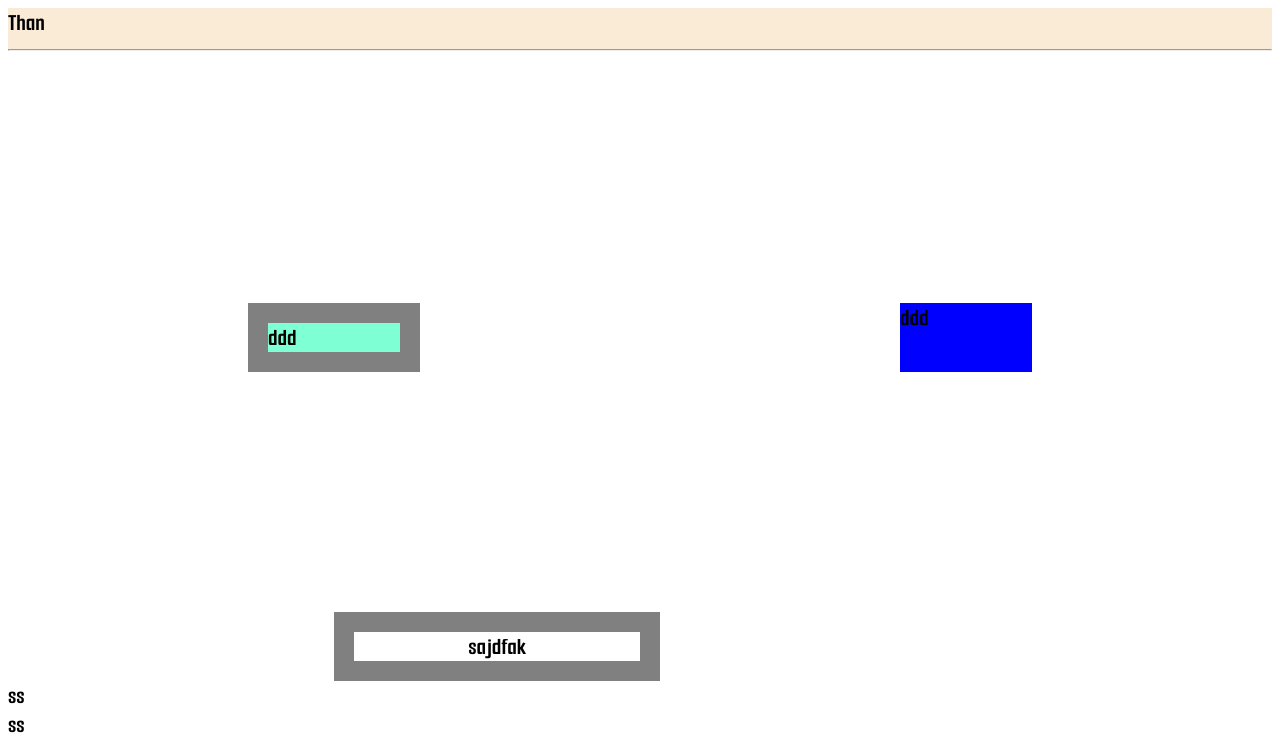
Repository: Than-dot/Than-dot
Page: index.html
The author's editor kept a copy of each file at every save. The page is drawn from the files as they stood at one save, then again after a run of saves.
The browser window is 1280 px wide. The pictures show the whole page.

Above is the page before, as saved 2026-04-22 12:44:41.

### index.html
<!doctype html>
<html lang="en">
  <head>
    <meta charset="UTF-8" />
    <meta name="viewport" content="width=device-width, initial-scale=1.0" />
    <title>Than</title>
    <link rel="stylesheet" href="styles/global.css" />
    <link rel="stylesheet" href="styles/index.css" />
  </head>

  <body>
    <header>
      <nav>Than</nav>
      <hr />
    </header>
    <main class="container">
      <article class="f-art">ddd</article>
      <aside class = "f-asi">ddd</aside>
      <article class="stats">sajdfak</article>
    </main>
    <article>ss</article>
    <aside>ss</aside>
  </body>
</html>

### styles/global.css
@font-face {
  font-family: Smooch-Sans;
  src: url(/assets/font/Roboto,Smooch_Sans/Smooch_Sans/SmoochSans-VariableFont_wght.ttf);
}

body {
  font-family: Smooch-Sans, sans-serif;
  font-weight: bold;
  font-size: 1.5rem;
}

### styles/index.css
.container {
  display: grid;
  grid-template-columns: auto auto;
}

header {
  background-color: antiquewhite;
}

.f-art {
  background-color: aquamarine;
  margin: 15rem;
  border: 20px solid grey;
}

.f-asi {
  background-color: blue;
  margin: 15rem;
}

.stats {
  margin-left: 50%;
  border: 20px solid grey;
  text-align: center;
}

After the next 2 saves:
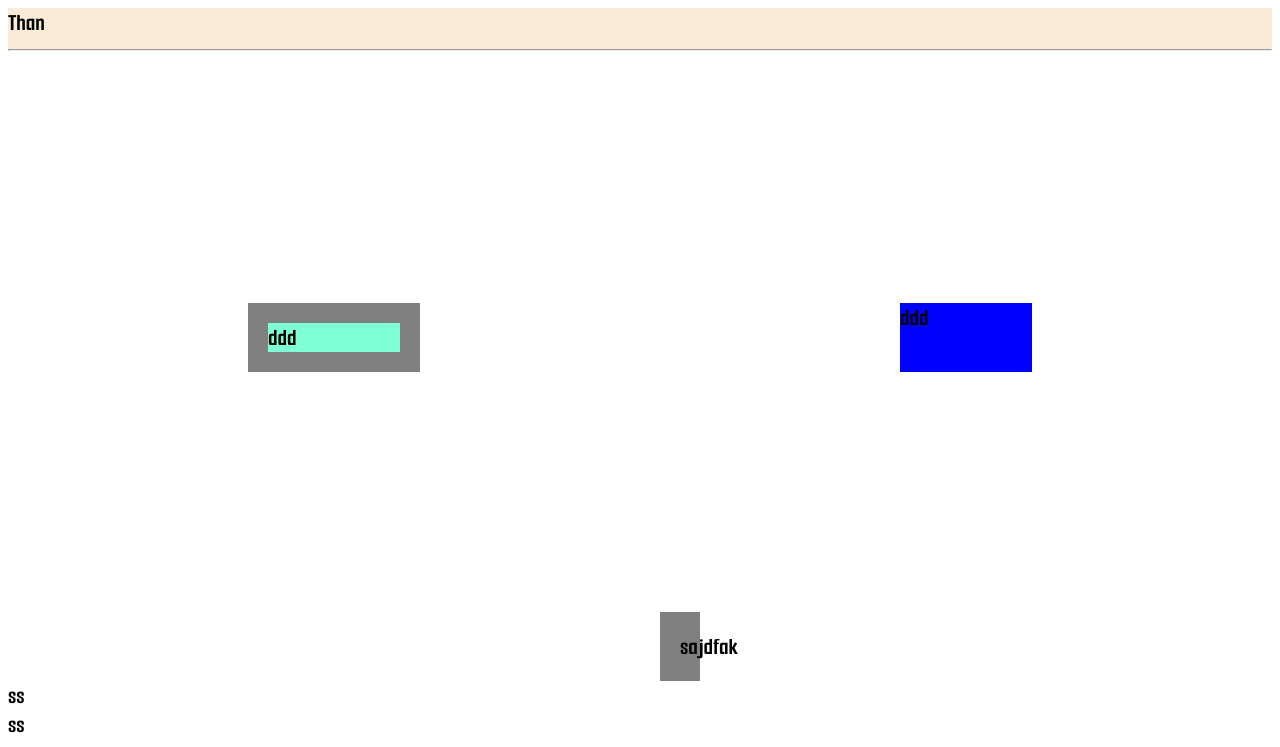
The 2 saves are shown as one change because they came seconds apart.
The last was saved 5 s later.
--- a/styles/index.css
+++ b/styles/index.css
@@ -19,7 +19,7 @@ header {
 }
 
 .stats {
-  margin-left: 50%;
+  margin-left: 100%;
   border: 20px solid grey;
   text-align: center;
 }
